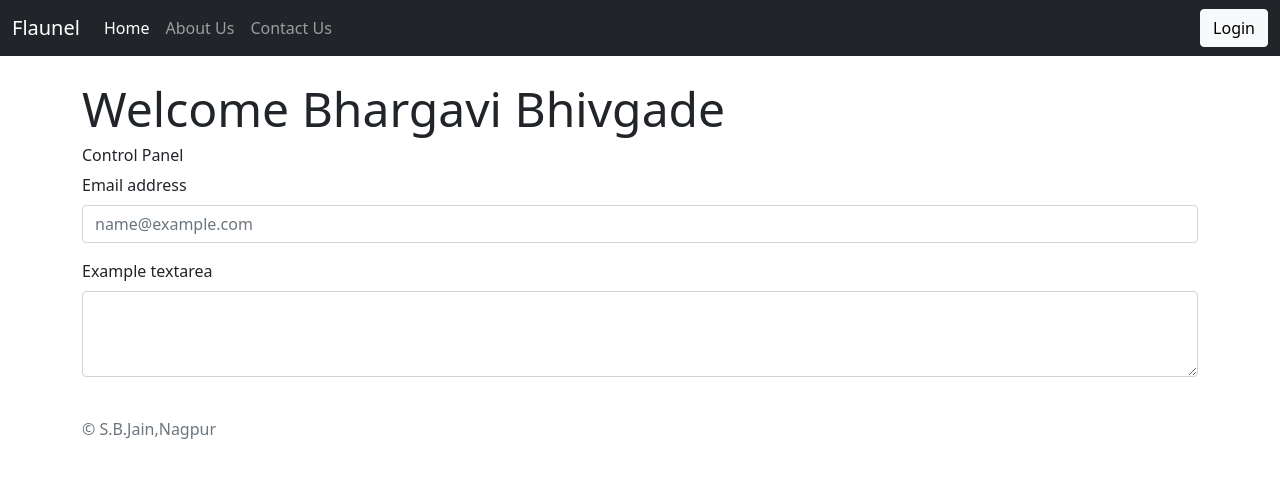
Repository: bhivgadePrajakta/Flaunel--A-LED-Display-Board
Page: http://localhost/home.php
These files come from the project's save history. The page is drawn as it stood at one moment and after the next save; the edit follows.
The browser window is 1280 px wide. The pictures show the whole page.
The page is run by PHP 8.4 with error messages shown; the project is at /var/www/html/.

Above is the page before, as saved 2022-04-30 12:26:41.

After the next save:
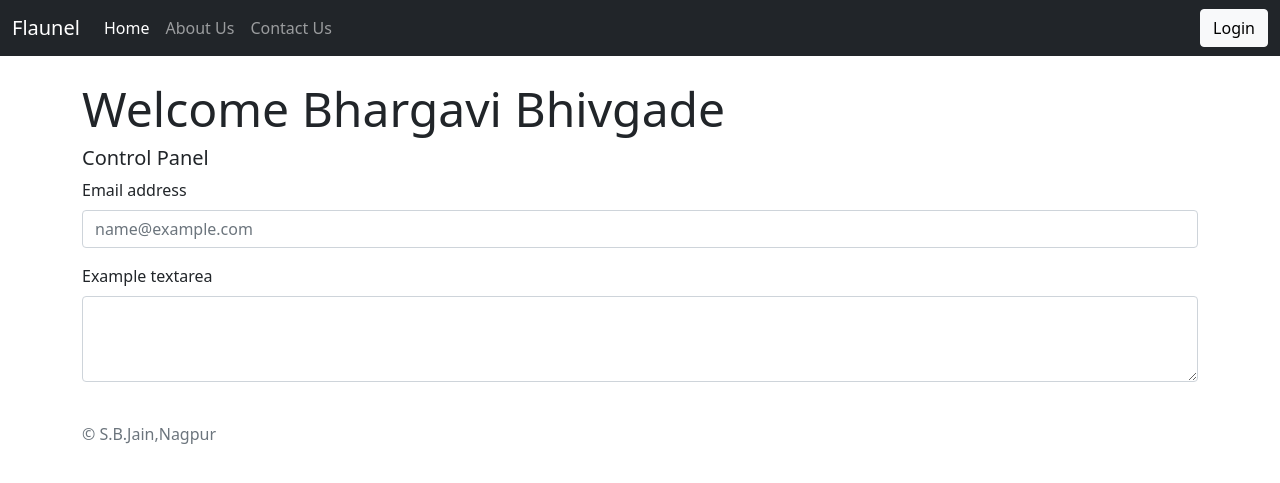
Saved 8 s later.
--- a/home.php
+++ b/home.php
@@ -41,7 +41,7 @@
       </nav>
 <div class="container py-4">
     <h5 class="display-5">Welcome Bhargavi Bhivgade</h5>
-    <h6>Control Panel</h6>
+    <h5>Control Panel</h5>
     <div class="mb-3">
   <label for="exampleFormControlInput1" class="form-label">Email address</label>
   <input type="email" class="form-control" id="exampleFormControlInput1" placeholder="name@example.com">
